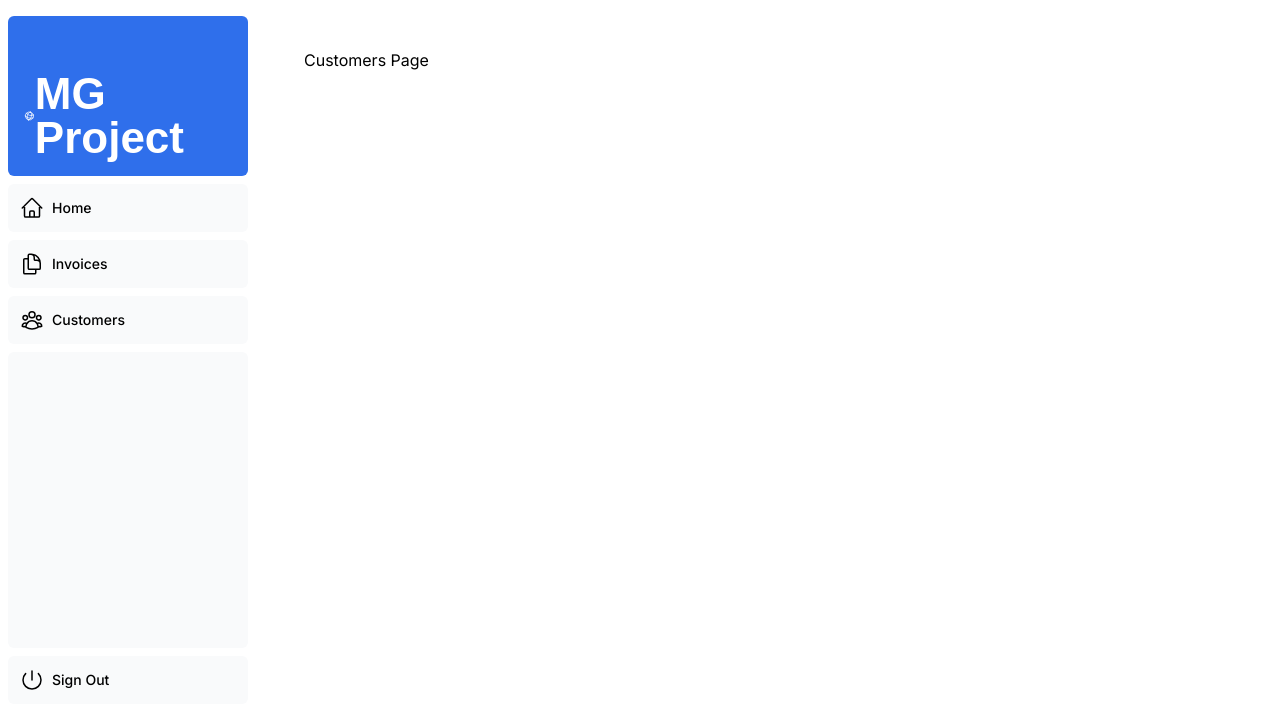
Repository: MikayelGubryan/Financial-dashboard
Page: /dashboard/customers
The author's editor kept a copy of each file at every save. The page is drawn from the files as they stood at one save, then again after a run of saves.
The browser window is 1280 px wide. The pictures show the whole page.
Some web fonts or font styles are not loaded; a fallback is used. The project was rebuilt for these pictures with package versions that can differ from the ones it lists, and the page was loaded fresh each time. The framework's server and built-in components were replaced by stand-ins that run in the browser. Also part of the build but not shown: next.config.mjs.

Above is the page before, as saved 2024-07-09 02:11:04.

### app/ui/fonts.ts
import { Inter } from 'next/font/google';
import { Lusitana } from 'next/font/google';

export const inter = Inter({subsets: ['latin']});
export const lusitana = Lusitana({subsets: ['latin'], weight: '700'})

### app/ui/dashboard/sidenav.tsx
import Link from 'next/link';
import NavLinks from '@/app/ui/dashboard/nav-links';
import AcmeLogo from '@/app/ui/acme-logo';
import { PowerIcon } from '@heroicons/react/24/outline';

export default function SideNav() {
  return (
    <div className="flex h-full flex-col px-3 py-4 md:px-2">
      <Link
        className="mb-2 flex h-20 items-end justify-start rounded-md bg-blue-600 p-4 md:h-40"
        href="/"
      >
        <div className="w-32 text-white md:w-40">
          <AcmeLogo />
        </div>
      </Link>
      <div className="flex grow flex-row justify-between space-x-2 md:flex-col md:space-x-0 md:space-y-2">
        <NavLinks />
        <div className="hidden h-auto w-full grow rounded-md bg-gray-50 md:block"></div>
        <form>
          <button className="flex h-[48px] w-full grow items-center justify-center gap-2 rounded-md bg-gray-50 p-3 text-sm font-medium hover:bg-sky-100 hover:text-blue-600 md:flex-none md:justify-start md:p-2 md:px-3">
            <PowerIcon className="w-6" />
            <div className="hidden md:block">Sign Out</div>
          </button>
        </form>
      </div>
    </div>
  );
}

### app/ui/dashboard/nav-links.tsx
"use client";
import {
  UserGroupIcon,
  HomeIcon,
  DocumentDuplicateIcon,
} from '@heroicons/react/24/outline';

import Link from 'next/link';
import { usePathname } from 'next/navigation';
import clsx from 'clsx';

// Map of links to display in the side navigation.
// Depending on the size of the application, this would be stored in a database.
const links = [
  { name: 'Home', href: '/dashboard', icon: HomeIcon },
  {
    name: 'Invoices',
    href: '/dashboard/invoices',
    icon: DocumentDuplicateIcon,
  },
  { name: 'Customers', href: '/dashboard/customers', icon: UserGroupIcon },
];

export default function NavLinks() {
  const pathname = usePathname();
  return (
    <>
      {links.map((link) => {
        const LinkIcon = link.icon;
        return (
          <Link
            key={link.name}
            href={link.href}
            className="flex h-[48px] grow items-center justify-center gap-2 rounded-md bg-gray-50 p-3 text-sm font-medium hover:bg-sky-100 hover:text-blue-600 md:flex-none md:justify-start md:p-2 md:px-3"
          >
            <LinkIcon className="w-6" />
            <p className="hidden md:block">{link.name}</p>
          </Link>
        );
      })}
    </>
  );
}

### app/ui/acme-logo.tsx
import { GlobeAltIcon } from '@heroicons/react/24/outline';
import { lusitana } from '@/app/ui/fonts';

export default function AcmeLogo() {
  return (
    <div
      className={`${lusitana.className} flex flex-row items-center leading-none text-white`}
    >
      <GlobeAltIcon className="h-12 w-12 rotate-[15deg]" />
      <p className="text-[44px]">MG Project</p>
    </div>
  );
}

Loaded but not shown: app/layout.tsx (common file); app/dashboard/layout.tsx (common file); app/dashboard/customers/page.tsx (common file); app/ui/global.css (common file); tailwind.config.ts (common file)

After the next 3 saves:
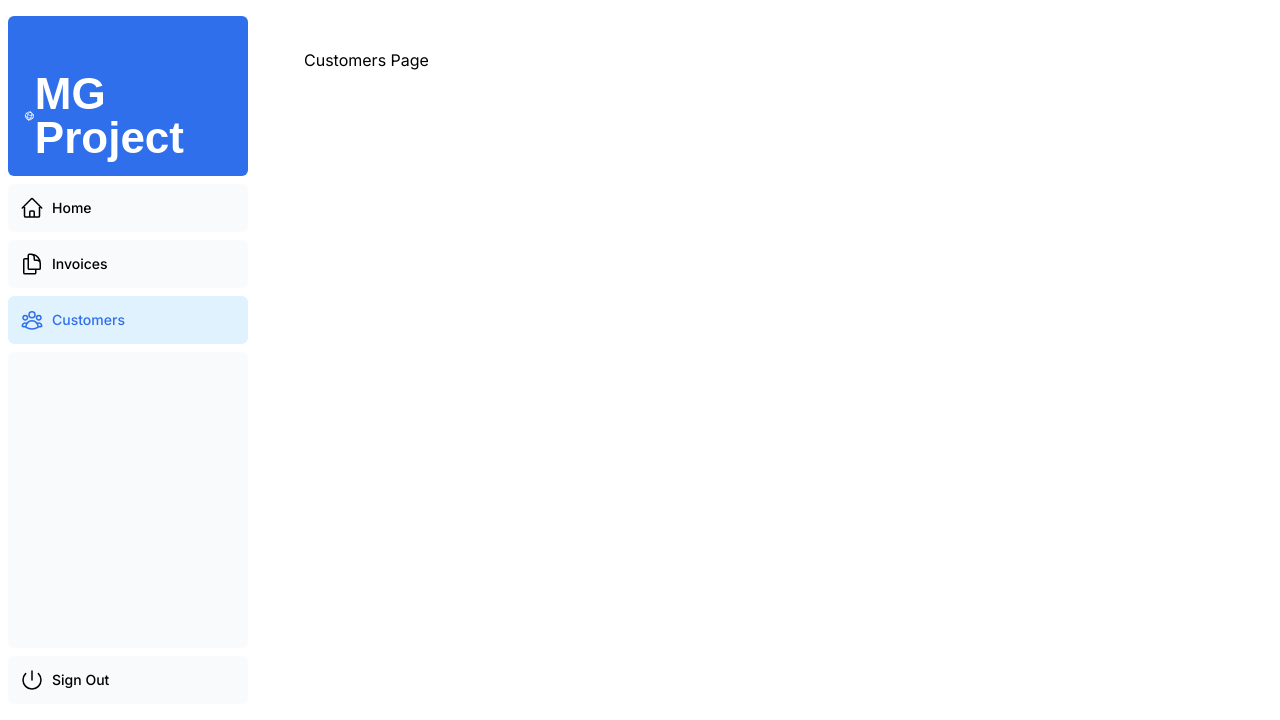
The 3 saves are shown as one change because 2 did not build or start.
The last was saved 40 s later.
--- a/app/ui/dashboard/nav-links.tsx
+++ b/app/ui/dashboard/nav-links.tsx
@@ -31,8 +31,12 @@
           <Link
             key={link.name}
             href={link.href}
-            className="flex h-[48px] grow items-center justify-center gap-2 rounded-md bg-gray-50 p-3 text-sm font-medium hover:bg-sky-100 hover:text-blue-600 md:flex-none md:justify-start md:p-2 md:px-3"
-          >
+            className={clsx(
+              'flex h-[48px] grow items-center justify-center gap-2 rounded-md bg-gray-50 p-3 text-sm font-medium hover:bg-sky-100 hover:text-blue-600 md:flex-none md:justify-start md:p-2 md:px-3',
+              {
+                'bg-sky-100 text-blue-600': pathname === link.href,
+              },
+            )}          >
             <LinkIcon className="w-6" />
             <p className="hidden md:block">{link.name}</p>
           </Link>
